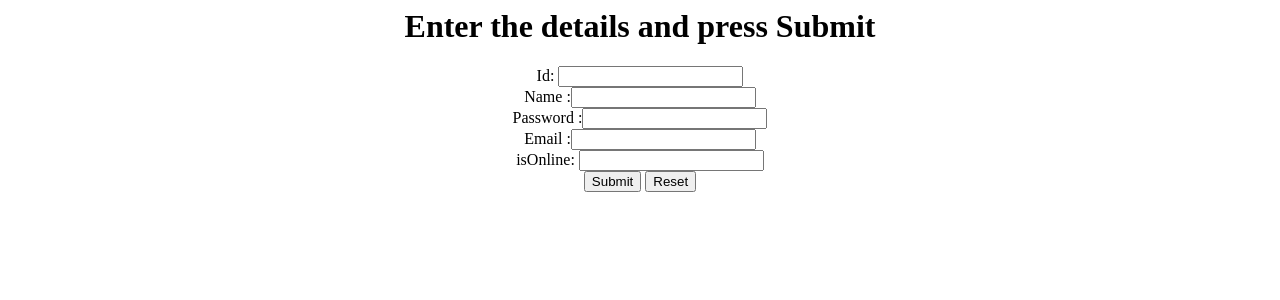
Repository: Abinayasivapraba/Project2
Page: ChatZoneFE/WebContent/User/Register.html
The author's editor kept a copy of each file at every save. The page is drawn from the files as they stood at one save, then again after the next save.
The browser window is 1280 px wide. The pictures show the whole page.

Above is the page before, as saved 2017-05-11 08:41:35.

### ChatZoneFE/WebContent/User/Register.html
<div ng-controller="UserController as ctrl">
<center><h1>Enter the details and press Submit</h1></center>
<center>
<div class="formcontainer">
<form ng-submit="ctrl.submit()" name="myForm" class="form-horizontal">
Id: <input type="text" ng-model="ctrl.user.userId"/><br>
Name :<input type="text" ng-model="ctrl.user.userName" /><br>
Password :<input type="text" ng-model="ctrl.user.userPassword" /><br>
Email :<input type="text" ng-model="ctrl.user.userEmail" /><br>
isOnline: <input type="text" ng-model="ctrl.user.isOnline" /><br>
<input type="submit" value="Submit">
<button type="button" ng-click="ctrl.reset()">Reset</button>
</form>
</center>
</div>
</div>

After the next save:
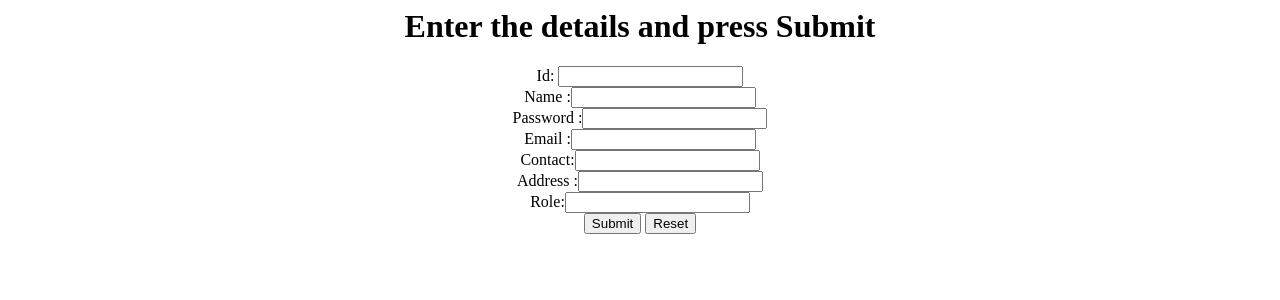
Saved 2 min 36 s later.
--- a/ChatZoneFE/WebContent/User/Register.html
+++ b/ChatZoneFE/WebContent/User/Register.html
@@ -3,11 +3,14 @@
 <center>
 <div class="formcontainer">
 <form ng-submit="ctrl.submit()" name="myForm" class="form-horizontal">
-Id: <input type="text" ng-model="ctrl.user.userId"/><br>
-Name :<input type="text" ng-model="ctrl.user.userName" /><br>
-Password :<input type="text" ng-model="ctrl.user.userPassword" /><br>
-Email :<input type="text" ng-model="ctrl.user.userEmail" /><br>
-isOnline: <input type="text" ng-model="ctrl.user.isOnline" /><br>
+Id: <input type="text" ng-model="ctrl.user.id"/><br>
+Name :<input type="text" ng-model="ctrl.user.name" /><br>
+Password :<input type="text" ng-model="ctrl.user.password" /><br>
+Email :<input type="text" ng-model="ctrl.user.user.email" /><br>
+Contact:<input type="text" ng-model="ctrl.user.user.contact" /><br>
+Address :<input type="text" ng-model="ctrl.user.user.address" /><br>
+Role:<input type="text" ng-model="ctrl.user.user.role" /><br>
+
 <input type="submit" value="Submit">
 <button type="button" ng-click="ctrl.reset()">Reset</button>
 </form>
